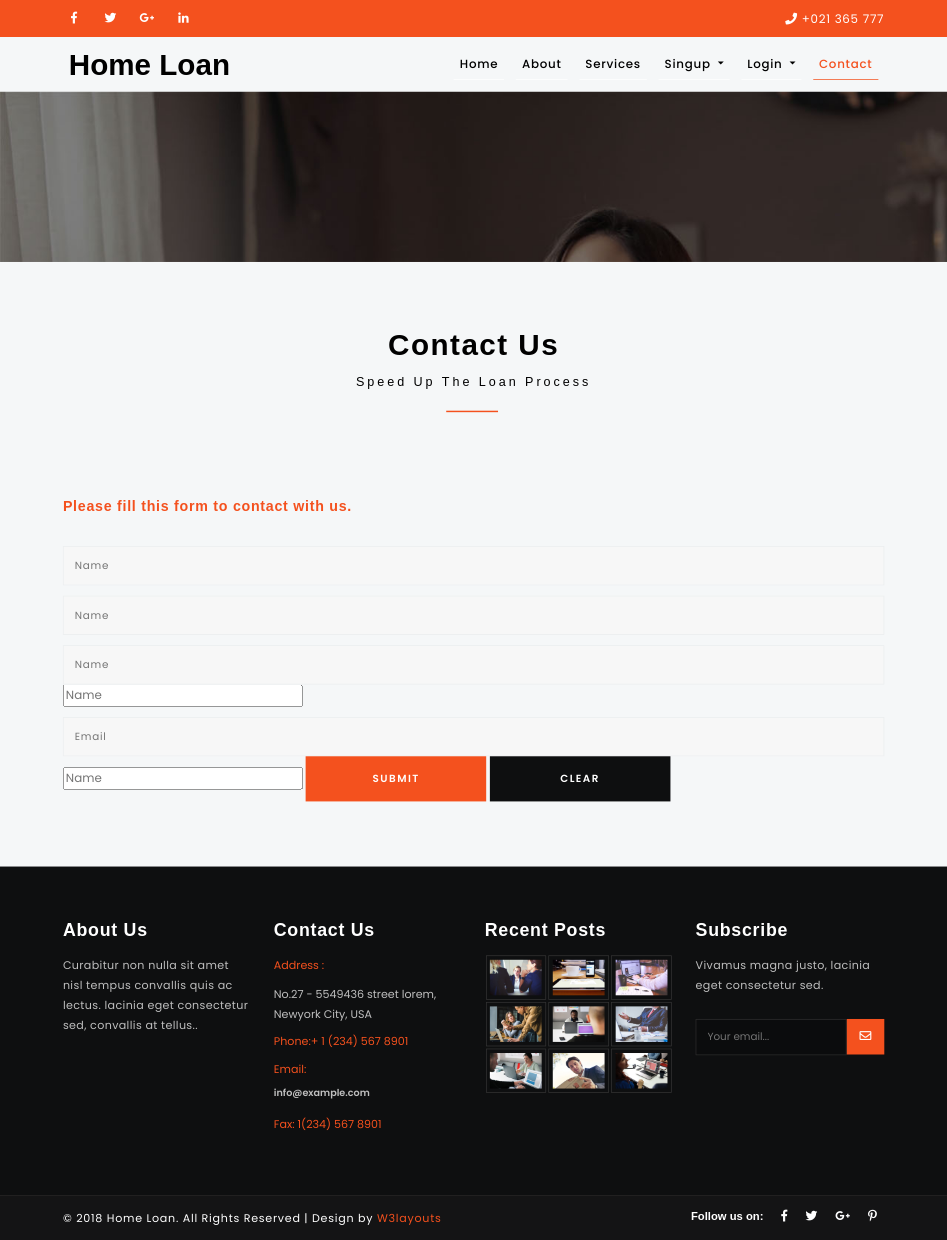
Repository: 72-faisal/Spring-MVC-project
Page: http://localhost/HomeLoan/WEB-INF/views/UserRegister.jsp
An editor plug-in stored every save of this project. The page is shown before and after the next save, followed by the edit.
The browser window is 1280 px wide. The pictures show the whole page, at 74% of full size.
Some web fonts or font styles are not loaded; a fallback is used. The page is served by Tomcat 9. Nobody is signed in. Other server files are loaded and not shown. The template is opened directly, without the code that normally fills it, so the values that code supplies are empty.

Above is the page before, as saved 2023-12-27 03:57:22.

### HomeLoan/src/main/webapp/WEB-INF/views/UserRegister.jsp
<%@ page language="java" contentType="text/html; charset=ISO-8859-1"
    pageEncoding="ISO-8859-1"%>

<!--
Author: W3layouts
Author URL: http://w3layouts.com
License: Creative Commons Attribution 3.0 Unported
License URL: http://creativecommons.org/licenses/by/3.0/
-->
<!DOCTYPE HTML>
<html lang="zxx">

<head>
	<title>Home Loan a Banking Category Flat Bootstrap Responsive Website Template | Contact :: w3layouts</title>
	<meta name="viewport" content="width=device-width, initial-scale=1">
	<meta charset="utf-8">
	<meta name="keywords" content="Home Loan Responsive web template, Bootstrap Web Templates, Flat Web Templates, Android Compatible web template,
SmartPhone Compatible web template, free WebDesigns for Nokia, Samsung, LG, SonyEricsson, Motorola web design" />
	<script>
		addEventListener("load", function () {
			setTimeout(hideURLbar, 0);
		}, false);

		function hideURLbar() {
			window.scrollTo(0, 1);
		}
	</script>

	<!-- Bootstrap Core CSS -->
	<link href="<%= request.getContextPath() %>/resources/css/bootstrap.css" rel='stylesheet' type='text/css' />
	<link href="<%= request.getContextPath() %>/resources/css/style.css" rel='stylesheet' type='text/css' />
	<!-- font-awesome icons -->
	<link href="<%= request.getContextPath() %>/resources/css/fontawesome-all.min.css" rel="stylesheet">
	<!-- //Custom Theme files -->
	<!-- online fonts -->
	<!-- titles -->
	<link href="//fonts.googleapis.com/css?family=Raleway:300,400,500,600,700,800,900" rel="stylesheet">
	<!-- body -->
	<link href="//fonts.googleapis.com/css?family=Poppins:400,500,600,700,800" rel="stylesheet">
</head>

<body>

	<!-- header -->
	<header>
	<div class="top">
			<div class="container">
				<div class="t-op row">
					<div class="col-sm-6 top-middle">
						<ul>
							<li><a href="#"><i class="fab fa-facebook-f"></i></a></li>
							<li><a href="#"><i class="fab fa-twitter"></i></a></li>
							<li><a href="#"><i class="fab fa-google-plus-g"></i></a></li>
							<li><a href="#"><i class="fab fa-linkedin-in"></i></a></li>
						</ul>
					</div>
					<div class="col-sm-6 top-left">
						<ul>
							<li><i class="fas fa-phone"></i> +021 365 777</li>
						</ul>
					</div>
				</div>
			</div>
		</div>
		<div class="container">
			<nav class="navbar navbar-expand-lg navbar-light">
				<h1>
					<a class="navbar-brand text-capitalize" href=index>
						Home Loan
					</a>
				</h1>
				<button class="navbar-toggler" type="button" data-toggle="collapse" data-target="#navbarSupportedContent" aria-controls="navbarSupportedContent"
				    aria-expanded="false" aria-label="Toggle navigation">
					<span class="navbar-toggler-icon"></span>
				</button>

				<div class="collapse navbar-collapse" id="navbarSupportedContent">
					<ul class="navbar-nav text-center  ml-lg-auto">
						<li class="nav-item mr-3">
							<a class="nav-link" href=index>Home
								<span class="sr-only">(current)</span>
							</a>
						</li>
						<li class="nav-item  mr-3">
							<a class="nav-link" href="about">About</a>
						</li>
						<li class="nav-item  mr-3">
							<a class="nav-link" href="services">Services</a>
						</li>
						<li class="nav-item dropdown mr-3">
							<a class="nav-link dropdown-toggle" href="#" id="navbarDropdown" role="button" data-toggle="dropdown" aria-haspopup="true"
							    aria-expanded="false">
								Singup
							</a>
							<div class="dropdown-menu" aria-labelledby="navbarDropdown">
								<a class="dropdown-item" href="UserRegister">Register</a>
								<!-- <a class="dropdown-item" href="gallery">Gallery</a> -->
							</div>
						</li>
						<li class="nav-item dropdown mr-3">
							<a class="nav-link dropdown-toggle" href="#" id="navbarDropdown" role="button" data-toggle="dropdown" aria-haspopup="true"
							    aria-expanded="false">
								Login
							</a>
							<div class="dropdown-menu" aria-labelledby="navbarDropdown">
								<a class="dropdown-item" href="UserLogin">Login</a>
								<!-- <a class="dropdown-item" href="gallery">Gallery</a> -->
							</div>
						</li>
						<li class="nav-item active">
							<a class="nav-link" href="contact">contact</a>
						</li>
					</ul>
				</div>
			</nav>
		</div>
	</header>
	<!-- //header -->
	<!-- banner -->
	<section class="banner-1">
	</section>
	<!-- //banner -->
	<!--/contact-->
	<section class="contact py-5">
		<div class="container py-md-4 mt-md-3">
			<h2 class="heading-agileinfo">Contact Us<span>Speed Up The Loan Process</span></h2>
			<span class="w3-line black"></span>
			<div class="inner-sec-w3layouts-agileinfo mt-md-5 pt-5">

				<div class="contact_grid_right mt-5">
					<h6>Please fill this form to contact with us.</h6>
					<form action="#" method="post">
						<div class="contact_left_grid">
							<input type="text" name="name" placeholder="Name" required="">
							<input type="text" name="address" placeholder="Name" required="">
							<input type="text" name="gender" placeholder="Name" required="">
							<input type="number" name="contact" placeholder="Name" required="">
							<input type="email" name="email" placeholder="Email" required="">
							<input type="password" name="password" placeholder="Name" required="">
							<input type="submit" value="Submit">
							<input type="reset" value="Clear">
							<div class="clearfix"> </div>
						</div>
					</form>
				</div>
			</div>
		</div>
	</section>
	<!--//contact-->
<!--footer-->
	<footer>
		<div class="container py-md-4 mt-md-3">
			<div class="row footer-top-w3layouts-agile py-5">
				<div class="col-lg-3 col-md-6 col-sm-6 footer-grid">
					<div class="footer-title">
						<h3>About Us</h3>
					</div>
					<div class="footer-text">
						<p>Curabitur non nulla sit amet nisl tempus convallis quis ac lectus. lacinia eget consectetur sed, convallis at tellus..</p>

					</div>
				</div>
				<div class="col-lg-3 col-md-6 col-sm-6 footer-grid">
					<div class="footer-title">
						<h3>Contact Us</h3>
					</div>
					<div class="footer-office-hour">
						<ul>
							<li class="hd">Address :</li>
							<li>No.27 - 5549436 street lorem, Newyork City, USA</li>

						</ul>
						<ul>
							<li class="hd">Phone:+ 1 (234) 567 8901</li>
							<li class="hd">Email:
								<a href="mailto:info@example.com">info@example.com</a>
							</li>
							<li class="hd">Fax: 1(234) 567 8901</li>
						</ul>
					</div>
				</div>
				<div class="col-lg-3 col-md-6 col-sm-6 footer-grid">
					<div class="footer-title">
						<h3>Recent Posts</h3>
					</div>
					<div class="footer-list">
						<div class="flickr-grid">
							<a href="#" data-toggle="modal" data-target="#myModal">
								<img src="<%= request.getContextPath() %>/resources/images/g1.jpg" class="img-fluid" alt=" ">
							</a>
						</div>
						<div class="flickr-grid">
							<a href="#" data-toggle="modal" data-target="#myModal">
								<img src="<%= request.getContextPath() %>/resources/images/g2.jpg" class="img-fluid" alt=" ">
							</a>
						</div>
						<div class="flickr-grid">
							<a href="#" data-toggle="modal" data-target="#myModal">
								<img src="<%= request.getContextPath() %>/resources/images/g3.jpg" class="img-fluid" alt=" ">
							</a>
						</div>
						<div class="flickr-grid">
							<a href="#" data-toggle="modal" data-target="#myModal">
								<img src="<%= request.getContextPath() %>/resources/images/g4.jpg" class="img-fluid" alt=" ">
							</a>
						</div>
						<div class="flickr-grid">
							<a href="#" data-toggle="modal" data-target="#myModal">
								<img src="<%= request.getContextPath() %>/resources/images/g5.jpg" class="img-fluid" alt=" ">
							</a>
						</div>
						<div class="flickr-grid">
							<a href="#" data-toggle="modal" data-target="#myModal">
								<img src="<%= request.getContextPath() %>/resources/images/g6.jpg" class="img-fluid" alt=" ">
							</a>
						</div>
						<div class="flickr-grid">
							<a href="#" data-toggle="modal" data-target="#myModal">
								<img src="<%= request.getContextPath() %>/resources/images/g7.jpg" class="img-fluid" alt=" ">
							</a>
						</div>
						<div class="flickr-grid">
							<a href="#" data-toggle="modal" data-target="#myModal">
								<img src="<%= request.getContextPath() %>/resources/images/g9.jpg" class="img-fluid" alt=" ">
							</a>
						</div>
						<div class="flickr-grid">
							<a href="#" data-toggle="modal" data-target="#myModal">
								<img src="<%= request.getContextPath() %>/resources/images/g8.jpg" class="img-fluid" alt=" ">
							</a>
						</div>
						<div class="clearfix"></div>
					</div>
				</div>
				<div class="col-lg-3 col-md-6 col-sm-6 footer-grid">
					<div class="footer-title">
						<h3>Subscribe</h3>
					</div>
					<p>Vivamus magna justo, lacinia eget consectetur sed.</p>
					<form action="#" method="post" class="newsletter">
						<input class="email" type="email" placeholder="Your email..." required="">
						<button class="btn1">
							<i class="far fa-envelope"></i>
						</button>
					</form>
					<div class="clearfix"></div>
				</div>
			</div>
		</div>
	</footer>
	<!---->
	<div class="copyright py-3">
		<div class="container">
			<div class="copyrighttop">
				<ul>
					<li>
						<h4>Follow us on:</h4>
					</li>
					<li>
						<a class="facebook" href="#">
							<i class="fab fa-facebook-f"></i>
						</a>
					</li>
					<li>
						<a class="facebook" href="#">
							<i class="fab fa-twitter"></i>
						</a>
					</li>
					<li>
						<a class="facebook" href="#">
							<i class="fab fa-google-plus-g"></i>
						</a>
					</li>
					<li>
						<a class="facebook" href="#">
							<i class="fab fa-pinterest-p"></i>
						</a>
					</li>
				</ul>
			</div>
			<div class="copyrightbottom">
				<p>© 2018 Home Loan. All Rights Reserved | Design by
					<a href="http://w3layouts.com/">W3layouts</a>
				</p>
			</div>
			<div class="clearfix"></div>
		</div>
	</div>
	<!-- Modal -->
<div class="modal fade" id="myModal" tabindex="-1" role="dialog" aria-labelledby="exampleModalCenterTitle" aria-hidden="true">
  <div class="modal-dialog modal-dialog-centered" role="document">
    <div class="modal-content">
      <div class="modal-header">
        <h4 class="modal-title">Home Loan</h4>
        <button type="button" class="close" data-dismiss="modal" aria-label="Close">
          <span aria-hidden="true">&times;</span>
        </button>
      </div>
      <div class="modal-body">
		 <div class="agileits-w3layouts-info">
			<img src="<%= request.getContextPath() %>/resources/images/g6.jpg" class="img-fluid" alt="" />
			<p>Duis venenatis, turpis eu bibendum porttitor, sapien quam ultricies tellus, ac rhoncus risus odio eget nunc. Pellentesque ac fermentum diam. Integer eu facilisis nunc, a iaculis felis. Pellentesque pellentesque tempor enim, in dapibus turpis porttitor quis. </p>
		</div>
	</div>
      <div class="modal-footer">
        <button type="button" class="btn btn-secondary" data-dismiss="modal">Close</button>
        <button type="button" class="btn btn-primary">Save changes</button>
      </div>
    </div>
  </div>
</div>
<!-- //Modal -->
<!-- js-->
	<script src="<%= request.getContextPath() %>/resources/js/jquery-2.2.3.min.js"></script>
<!-- js-->
	<!-- Bootstrap Core JavaScript -->
	<script src="<%= request.getContextPath() %>/resources/js/bootstrap.js ">
	</script>
	<!-- //Bootstrap Core JavaScript -->
</body>
</html>

Loaded but not shown: HomeLoan/src/main/webapp/WEB-INF/resources/assets/css/bootstrap.css (library); HomeLoan/src/main/webapp/WEB-INF/resources/assets/css/fontawesome-all.min.css (library); HomeLoan/src/main/webapp/WEB-INF/resources/assets/js/jquery-2.2.3.min.js (library); HomeLoan/src/main/webapp/WEB-INF/resources/assets/js/bootstrap.js (library); HomeLoan/src/main/webapp/WEB-INF/resources/assets/css/style.css (2094 lines, source omitted)

After the next save:
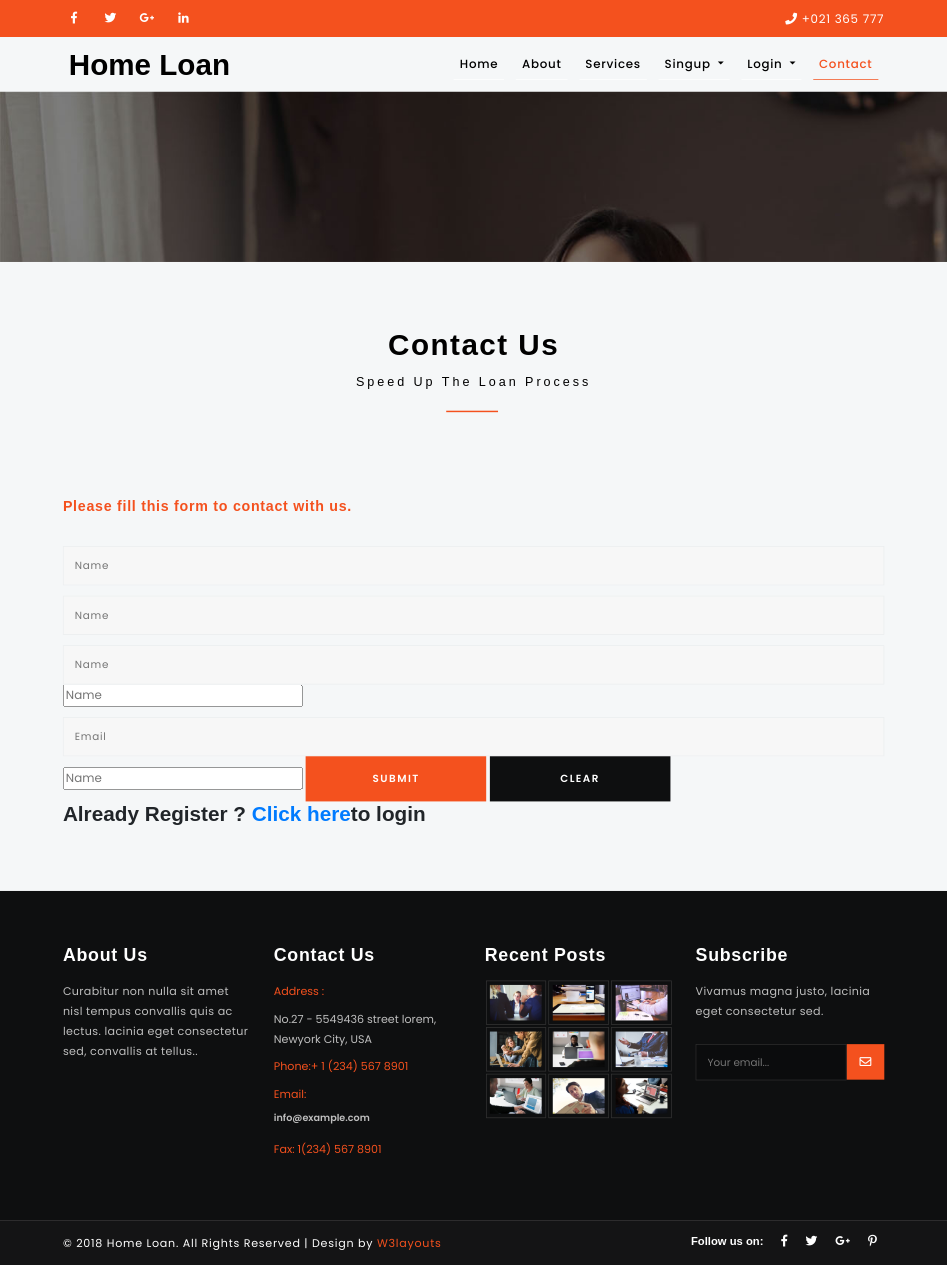
Saved 74 s later.
--- a/HomeLoan/src/main/webapp/WEB-INF/views/UserRegister.jsp
+++ b/HomeLoan/src/main/webapp/WEB-INF/views/UserRegister.jsp
@@ -129,7 +129,7 @@ SmartPhone Compatible web template, free WebDesigns for Nokia, Samsung, LG, Sony
 
 				<div class="contact_grid_right mt-5">
 					<h6>Please fill this form to contact with us.</h6>
-					<form action="#" method="post">
+					<form action="/addUser" method="post">
 						<div class="contact_left_grid">
 							<input type="text" name="name" placeholder="Name" required="">
 							<input type="text" name="address" placeholder="Name" required="">
@@ -140,6 +140,7 @@ SmartPhone Compatible web template, free WebDesigns for Nokia, Samsung, LG, Sony
 							<input type="submit" value="Submit">
 							<input type="reset" value="Clear">
 							<div class="clearfix"> </div>
+							<h3>Already Register ? <a href="UserLogin">Click here</a>to login</h3>
 						</div>
 					</form>
 				</div>
